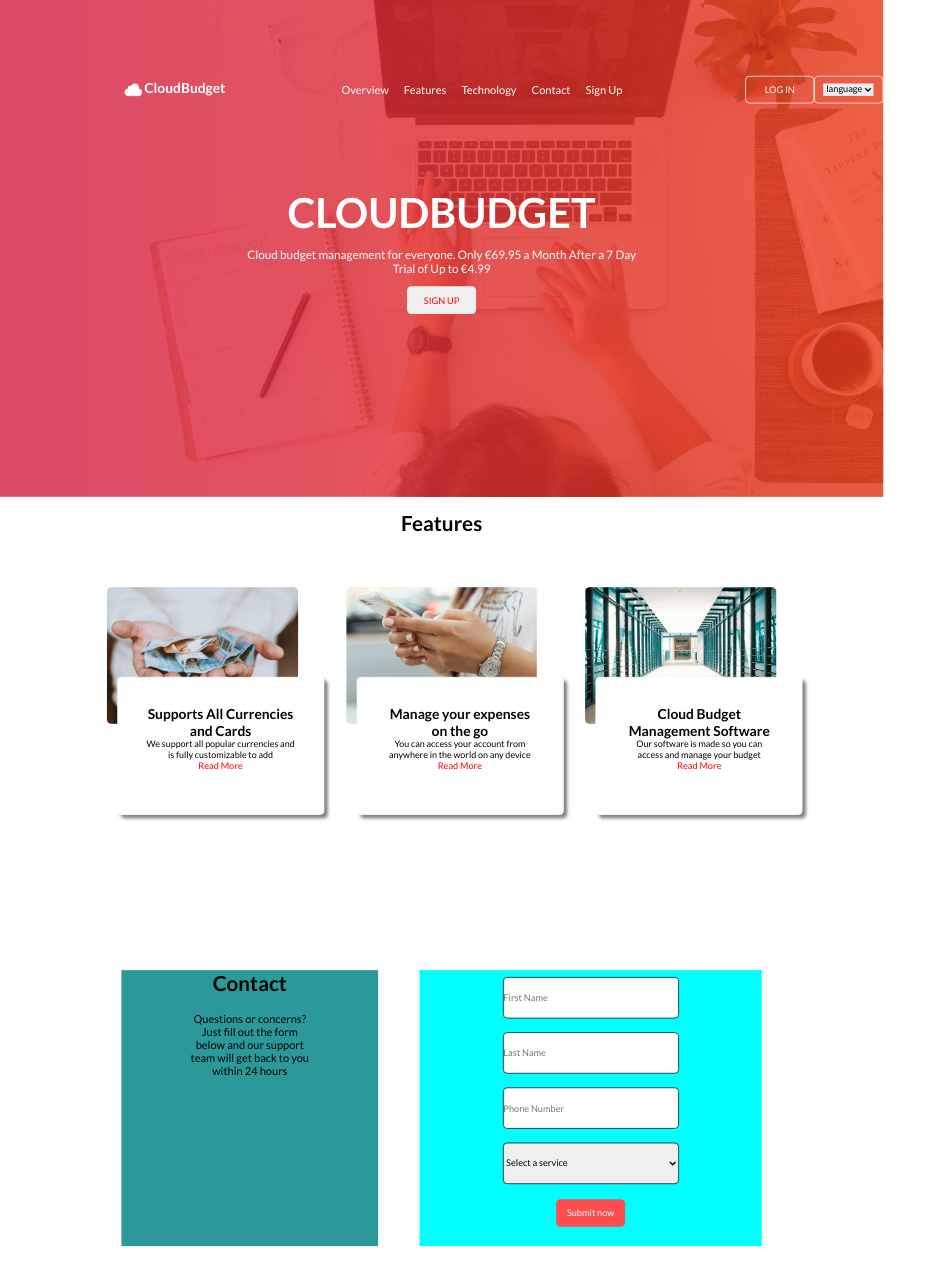
Repository: havvanurrana/website3
Page: index.html
The author's editor kept a copy of each file at every save. The page is drawn from the files as they stood at one save, then again after the next save.
The browser window is 1280 px wide. The page is 1370 px wide, so the pictures cover 1370 px, including what lies to the right of the window. The pictures show the whole page, at 69% of full size.

Above is the page before, as saved 2024-08-02 19:18:00.

After the next save:
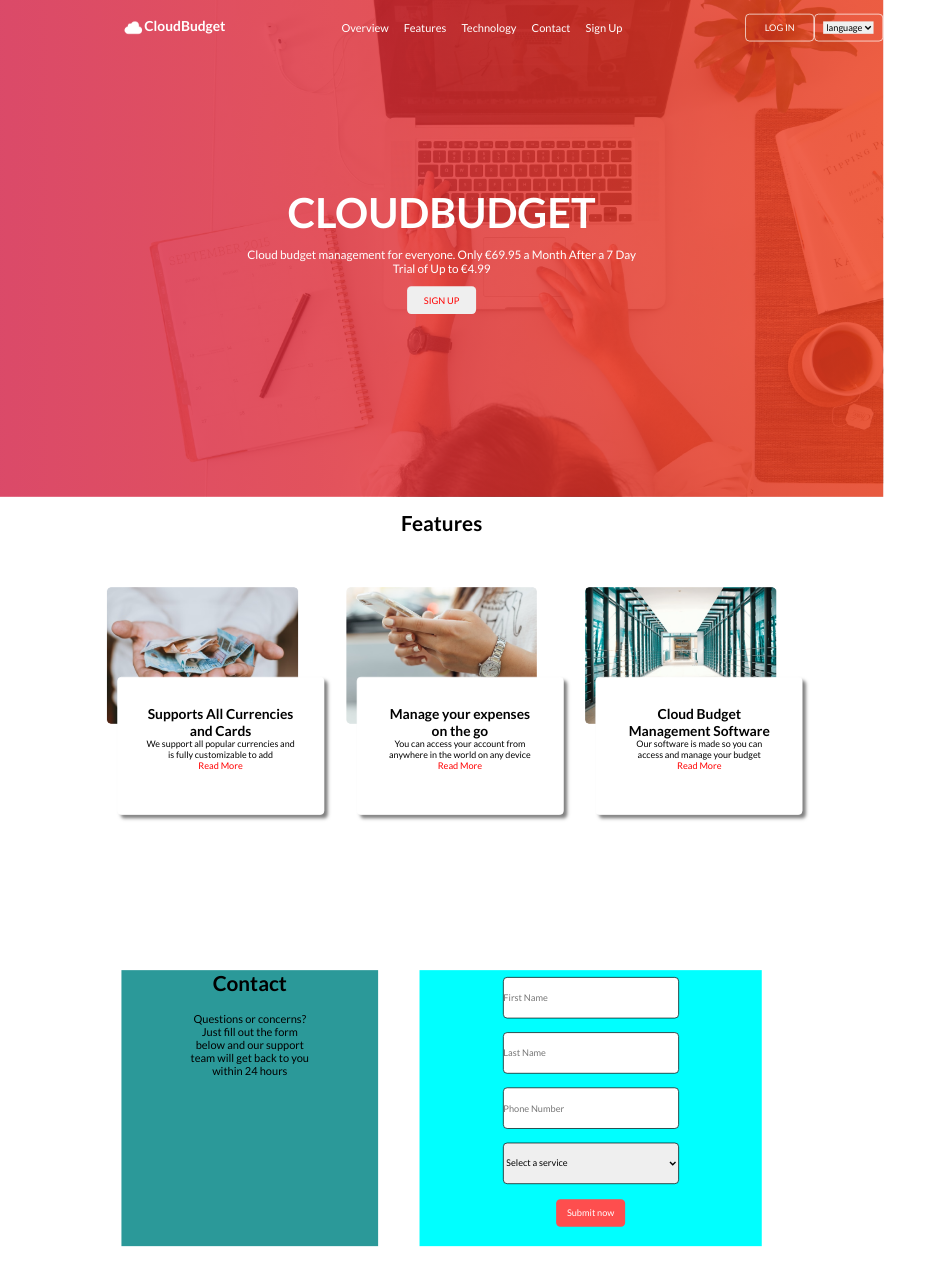
Saved 13 s later.
--- a/style.css
+++ b/style.css
@@ -31,7 +31,7 @@ h1{
    display: flex;
    justify-content: space-between;
    align-items: center ;
-   padding:  7%;
+   padding: 0 7%;
    margin: 2rem 7%;
    z-index: 3;
    top: 0;
